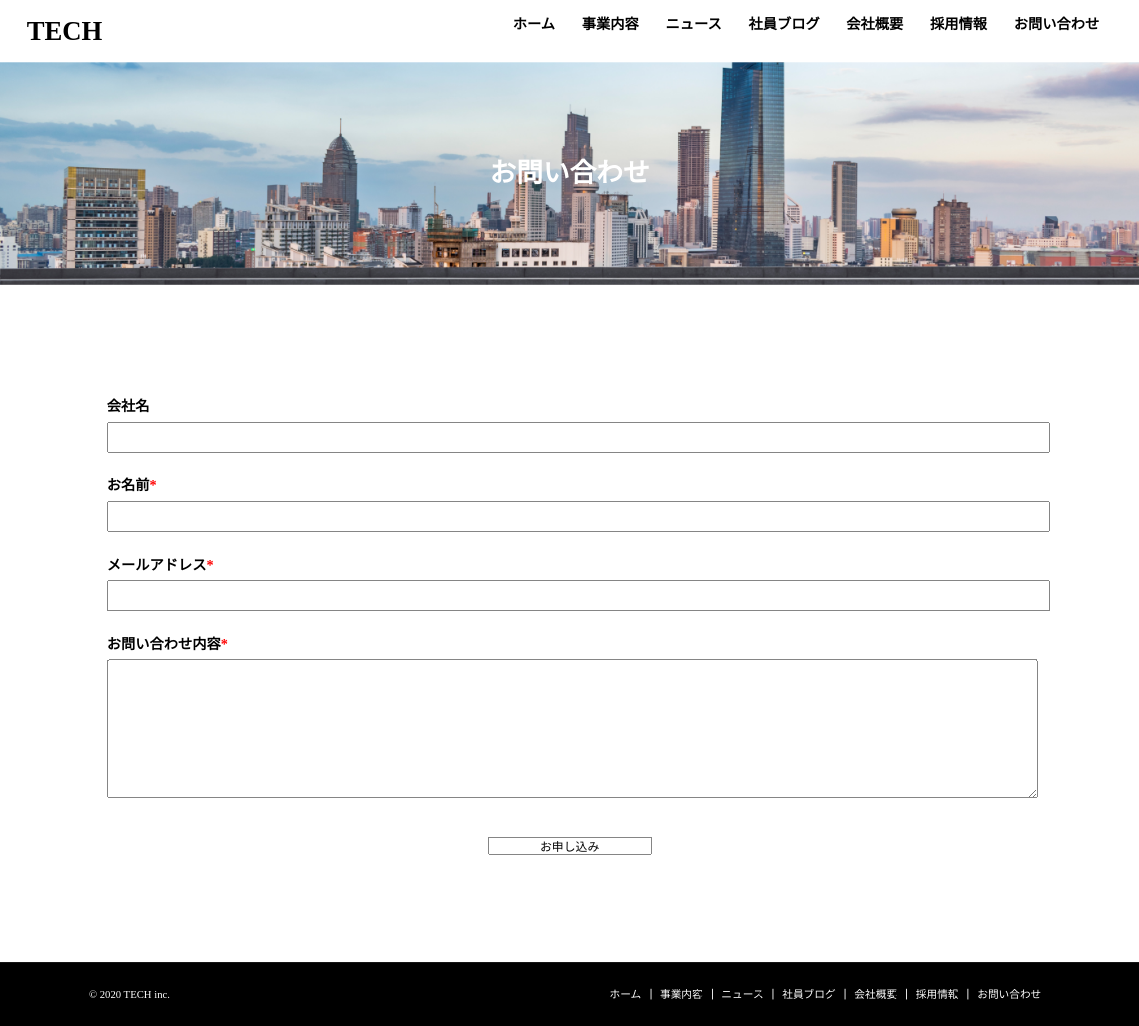
Repository: masanarimiura/20220516_miura
Page: contact.html
An editor plug-in stored every save of this project. The page is shown before and after the next save, followed by the edit.
The browser window is 1280 px wide. The pictures show the whole page, at 89% of full size.

Above is the page before, as saved 2022-05-14 01:16:01.

### contact.html
<!DOCTYPE html>
<html lang="ja">

<head>
  <meta charset="UTF-8">
  <meta http-equiv="X-UA-Compatible" content="IE=edge">
  <meta name="viewport" content="width=device-width, initial-scale=1.0">
  <title>Document</title>
  <link rel="stylesheet" href="css/reset.css">
  <link rel="stylesheet" href="css/contact.css">
</head>

<body>
  <header class="header">
    <h2 class="header__ttl">TECH</h2>
    <nav class="header__nav">
      <ul>
        <li><a href="" class="header__nav__item1">ホーム</a></li>
        <li><a href="" class="header__nav__item2">事業内容</a></li>
        <li><a href="" class="header__nav__item3">ニュース</a></li>
        <li><a href="" class="header__nav__item4">社員ブログ</a></li>
        <li><a href="" class="header__nav__item5">会社概要</a></li>
        <li><a href="" class="header__nav__item6">採用情報</a></li>
        <li><a href="" class="header__nav__item7">お問い合わせ</a></li>
      </ul>
    </nav>
  </header>

  <div class="eyecatch">
    <h2 class="eyecatch__ttl">お問い合わせ</h2>
  </div>

  <div class="form">
    <form action="" class="" method="post">
      <div class="form-item">
        <p class="form-item-label">会社名</p>
        <input type="text" name="company" class="form-item-input">
      </div>
      <div class="form-item">
        <p class="form-item-label">お名前<span>*</span></p>
        <input type="text" name="name" class="form-item-input">
      </div>
      <div class="form-item">
        <p class="form-item-label">メールアドレス<span>*</span></p>
        <input type="text" name="email" class="form-item-input">
      </div>
      <div class="form-item">
        <p class="form-item-label">お問い合わせ内容<span>*</span></p>
        <textarea name="" class="textarea" cols="" rows="10"></textarea>
      </div>
      <input type="text" class="form-btn" value="お申し込み">
    </form>
  </div>

  <footer class="footer">
    <div class="footer__copy">&copy; 2020 TECH inc.</div>
    <ul class="footer__nav">
      <li><a href="" class="footer__nav__item">ホーム</a></li>
      <li><a href="" class="footer__nav__item">事業内容</a></li>
      <li><a href="" class="footer__nav__item">ニュース</a></li>
      <li><a href="" class="footer__nav__item">社員ブログ</a></li>
      <li><a href="" class="footer__nav__item">会社概要</a></li>
      <li><a href="" class="footer__nav__item">採用情報</a></li>
      <li><a href="" class="footer__nav__item nonborder">お問い合わせ</a></li>
    </ul>
  </footer>

  <script src="js/main.js"></script>
</body>

</html>

### css/reset.css
/*
html5doctor.com Reset Stylesheet
v1.6.1
Last Updated: 2010-09-17
Author: Richard Clark - http://richclarkdesign.com
Twitter: @rich_clark
*/
html,
body,
div,
span,
object,
iframe,
h1,
h2,
h3,
h4,
h5,
h6,
p,
blockquote,
pre,
abbr,
address,
cite,
code,
del,
dfn,
em,
img,
ins,
kbd,
q,
samp,
small,
strong,
sub,
sup,
var,
b,
i,
dl,
dt,
dd,
ol,
ul,
li,
fieldset,
form,
label,
legend,
table,
caption,
tbody,
tfoot,
thead,
tr,
th,
td,
article,
aside,
canvas,
details,
figcaption,
figure,
footer,
header,
hgroup,
menu,
nav,
section,
summary,
time,
mark,
audio,
video {
  margin: 0;
  padding: 0;
  border: 0;
  outline: 0;
  font-size: 100%;
  vertical-align: baseline;
  background: transparent;
}

body {
  line-height: 1;
}

article,
aside,
details,
figcaption,
figure,
footer,
header,
hgroup,
menu,
nav,
section {
  display: block;
}

nav ul {
  list-style: none;
}

blockquote,
q {
  quotes: none;
}

blockquote:before,
blockquote:after,
q:before,
q:after {
  content: "";
  content: none;
}

a {
  margin: 0;
  padding: 0;
  font-size: 100%;
  vertical-align: baseline;
  background: transparent;
}

/* change colours to suit your needs */
ins {
  background-color: #ff9;
  color: #000;
  text-decoration: none;
}

/* change colours to suit your needs */
mark {
  background-color: #ff9;
  color: #000;
  font-style: italic;
  font-weight: bold;
}

del {
  text-decoration: line-through;
}

abbr[title],
dfn[title] {
  border-bottom: 1px dotted;
  cursor: help;
}

table {
  border-collapse: collapse;
  border-spacing: 0;
}

/* change border colour to suit your needs */
hr {
  display: block;
  height: 1px;
  border: 0;
  border-top: 1px solid #cccccc;
  margin: 1em 0;
  padding: 0;
}

input,
select {
  vertical-align: middle;
}

### css/contact.css
h2 {
  font-size: 30px;
  font-weight: bold;
}
h3 {
  font-size: 20px;
  font-weight: bold;
  line-height: 1.5;
}
a {
  text-decoration: none;
}
p {
  line-height: 1.5;
}
.button {
  display: block;
  text-align: center;
  color: #fff;
  font-size: 18px;
  font-weight: bold;
  background-color: rgb(160, 5, 5);
  width: 350px;
  padding: 12px;
}

.header {
  display: flex;
  justify-content: space-between;
  text-align: center;
  padding: 20px 30px;
  position: sticky;
  top: 0;
  background-color: #fff;
  z-index: 1;
}
.header__nav ul {
  display: flex;
  justify-content: space-between;
}
.header__nav ul li {
  padding: 0 15px;
  font-size: 16px;
  font-weight: bold;
}
.header__nav ul li a {
  color: #000;
}

.eyecatch {
  background: url(../img/mv.png) center/cover;
  height: 250px;
  display: flex;
  justify-content: center;
  align-items: center;
}
.eyecatch__ttl {
  color: #fff;
}

.form {
  margin: 120px;
}
.from-itme {
  width: 100%;
}
.form-item-label {
  font-weight: bold;
  padding: 5px 0;
}
.form-item-label span {
  color: red;
}
.form-item-input {
  width: 100%;
  margin-bottom: 20px;
  padding: 8px;
}
.textarea {
  width: 100%;
}
.form-btn {
  margin: 40px auto;
  display: flex;
  justify-content: center;
  text-align: center;
  p20-
}

.contact {
  margin-top: 80px;
  background: rgb(233, 233, 233);
  height: 300px;
  display: flex;
  justify-content: center;
  align-items: center;
}
.contact__inner {
  text-align: center;
}
.contact__txt {
  margin-top: 50px;
}
.contact__link {
  margin: 30px auto 0;
}

.footer {
  background: #000;
  display: flex;
  align-items: center;
  justify-content: space-between;
  padding: 20px 100px;
}
.footer__copy {
  font-size: 12px;
  color: #fff;
}
.footer__nav {
  display: flex;
}
.footer__nav__item {
  display: inline-block;
  margin: 10px 0;
  color: #fff;
  font-size: 12px;
  padding: 0 10px;
  border-right: #fff 1px solid;
}
.nonborder {
  border: none;
}

Loaded but not shown: js/main.js (no copy from this time; the picture is the same without it)

After the next save:
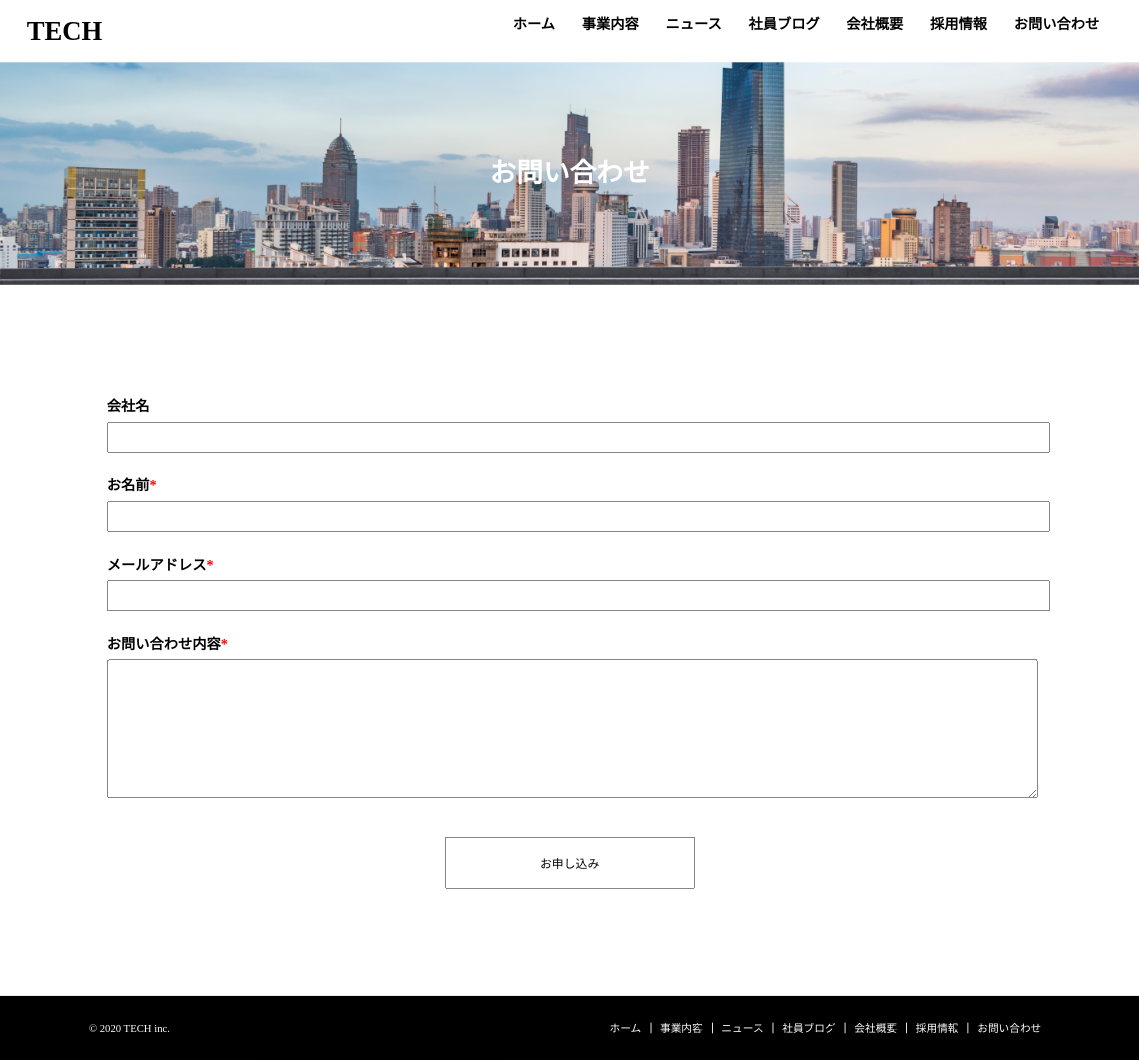
Saved 5 s later.
--- a/css/contact.css
+++ b/css/contact.css
@@ -84,7 +84,8 @@ p {
   display: flex;
   justify-content: center;
   text-align: center;
-  p20-
+  padding: 20px 50px;
+
 }
 
 .contact {
